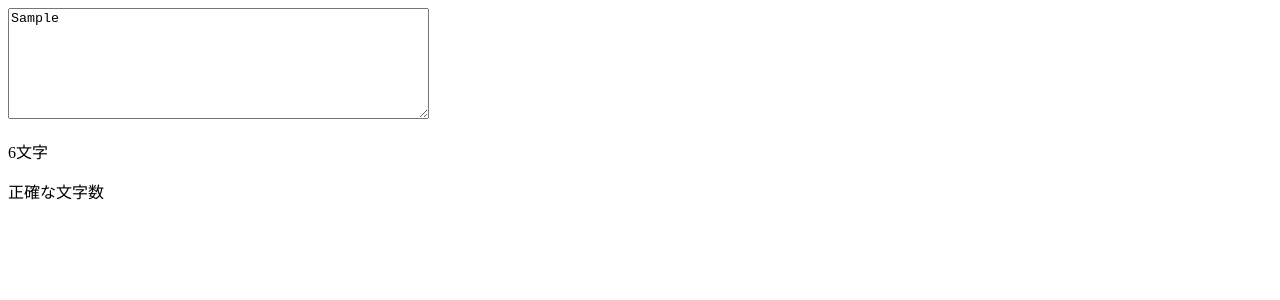
Repository: myojosamurai/Samurai_JS-
Page: javascript1/index10-1.html
The author's editor kept a record of every edit. The page is drawn from the files as they stood at one moment, then again after the next edit.
The browser window is 1280 px wide. The pictures show the whole page.
Empty fields were first filled with sample values (such as "Sample", 5 or name@example.com).
After loading, the first visible `#text` was changed once.

Above is the page before.

### javascript1/index10-1.html
<!DOCTYPE html>
<html lang="ja">
  <head>
    <meta charset="utf-8">
    <title>9.4 イベント処理</title>
  </head>
<body>
    <textarea id="text" cols="50" rows="7"></textarea>
    <p id="count">0文字</p>
    <p id="count2">正確な文字数</p>

    <script>
        const text = document.getElementById("text");
        const count = document.getElementById("count");

        text.addEventListener("keyup", () => {

        // テキストエリアの文字列を取得する
        const inputText = text.value;

        const removedEx = inputText.replace(/\n|\s/g, "");


        // 文字数を取得＆出力する
        count.textContent = inputText.length + "文字";
        removedEx



        });

    </script>
</body>
</html>

After the next edit:
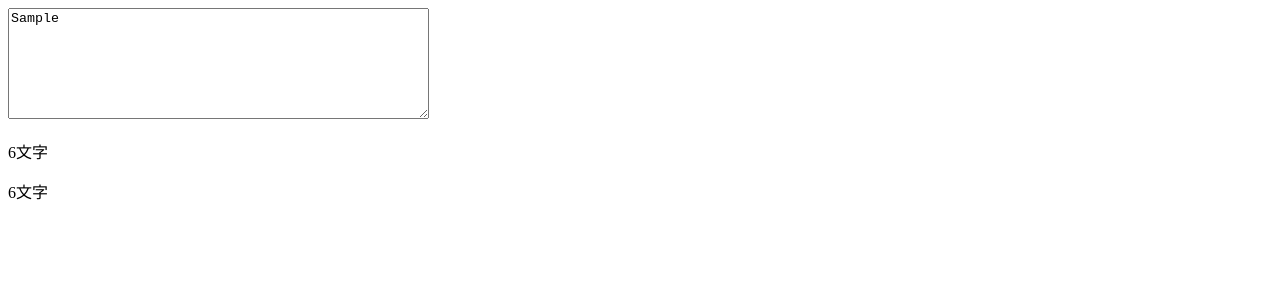
The edit:
--- a/javascript1/index10-1.html
+++ b/javascript1/index10-1.html
@@ -23,7 +23,9 @@
 
         // 文字数を取得＆出力する
         count.textContent = inputText.length + "文字";
-        removedEx
+
+
+        count2.textContent = inputText.length + "文字";
 
 
 
